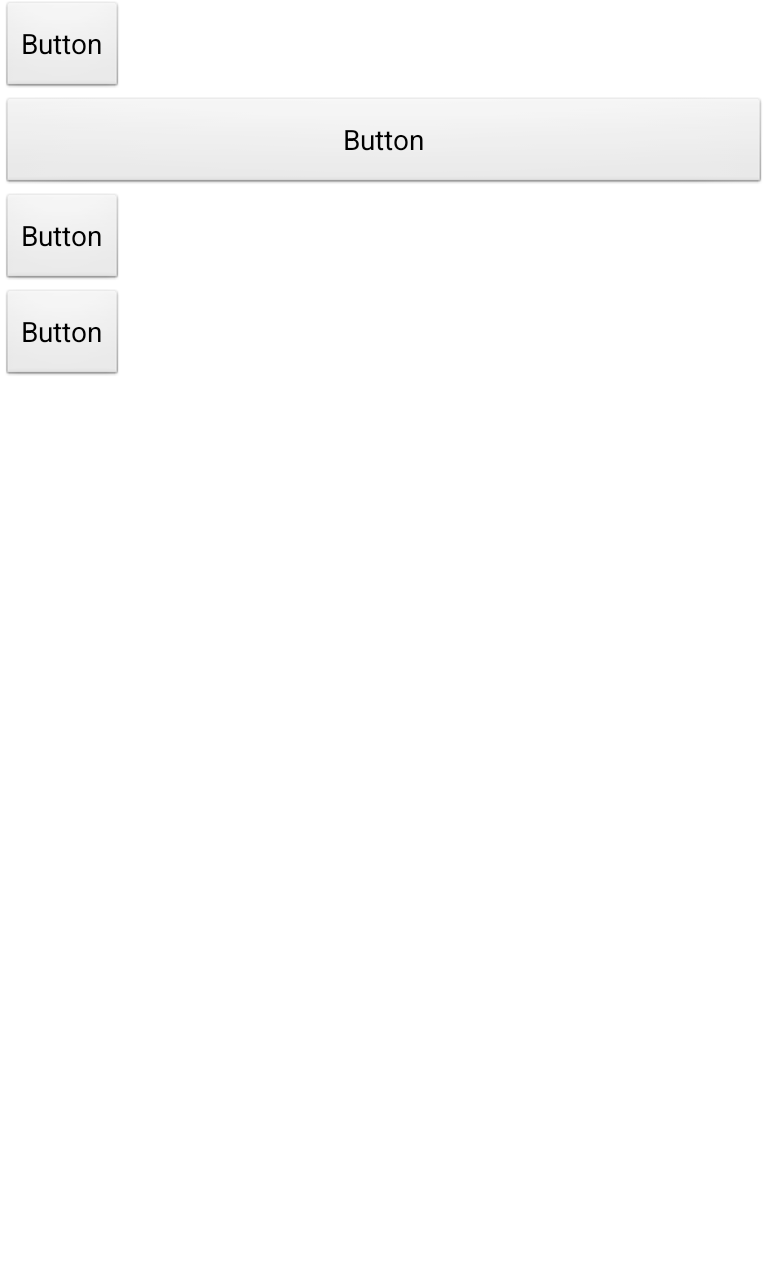
Repository: ApplucoJason/AndroidTest
Layout: MyFirstApp/res/layout/second.xml
These files come from the project's save history. The layout is drawn as it stood at one moment and after the next save; the edit follows.
It is drawn on a 768 x 1280 px phone screen (xhdpi) without system bars, with theme AppTheme; the app's code is not run.

Above is the layout before, as saved 2013-09-04 12:00:59.

After the next save:
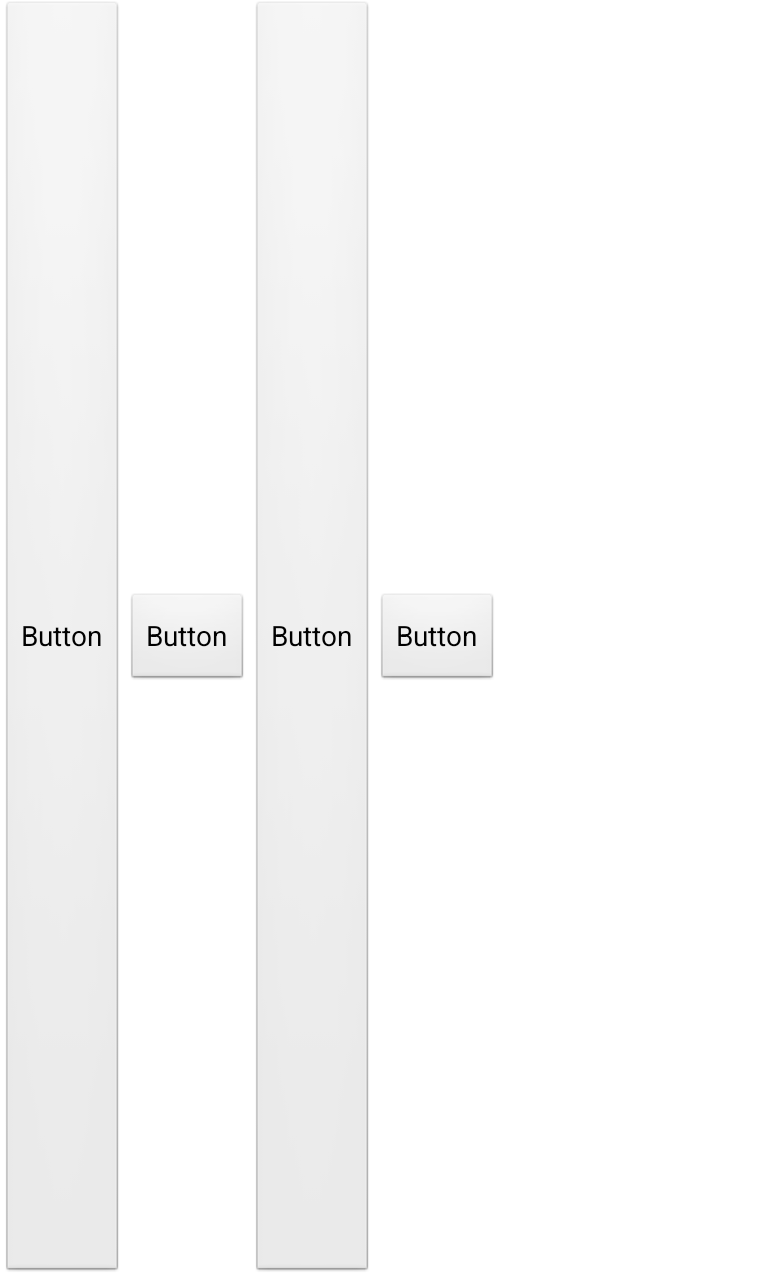
Saved 2 min 3 s later.
--- a/MyFirstApp/res/layout/second.xml
+++ b/MyFirstApp/res/layout/second.xml
@@ -2,24 +2,24 @@
 <LinearLayout xmlns:android="http://schemas.android.com/apk/res/android"
     android:layout_width="match_parent"
     android:layout_height="match_parent"
-    android:orientation="vertical" >
+    android:orientation="horizontal" >
 
     <Button
         android:id="@+id/button1"
         android:layout_width="wrap_content"
-        android:layout_height="wrap_content"
+        android:layout_height="match_parent"
         android:text="Button" />
 
     <Button
         android:id="@+id/button2"
-        android:layout_width="match_parent"
+        android:layout_width="wrap_content"
         android:layout_height="wrap_content"
         android:text="Button" />
 
     <Button
         android:id="@+id/button3"
         android:layout_width="wrap_content"
-        android:layout_height="wrap_content"
+        android:layout_height="match_parent"
         android:text="Button" />
 
     <Button
